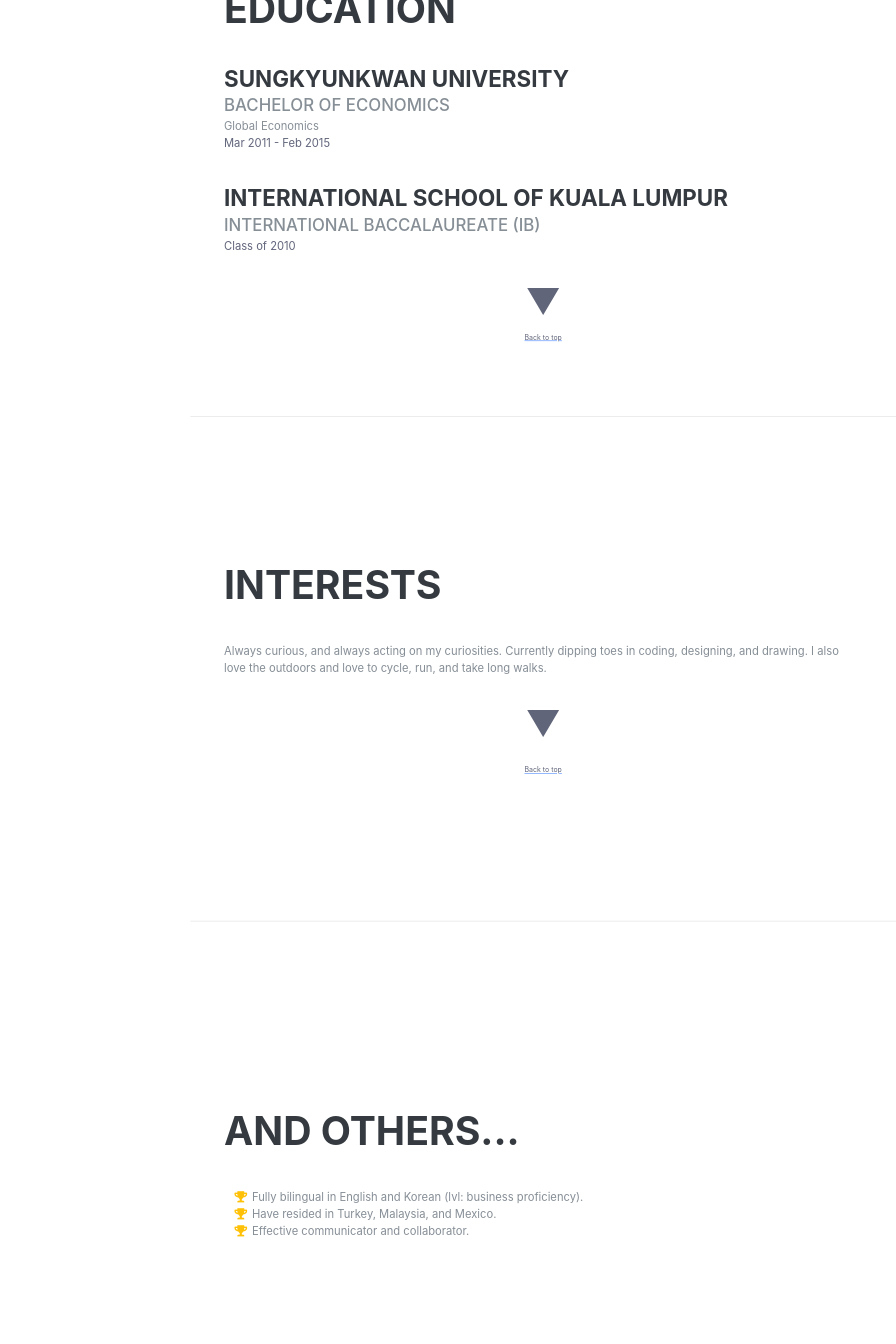
Repository: whitethugcat/whitethugcat.github.io
Page: class/resume-practice/yoojin-resume.html
The author's editor kept a record of every edit. The page is drawn from the files as they stood at one moment, then again after the next edit.
The browser window is 1280 px wide. The pictures show the part of the page from y = 2825 to 4745 px (the page is 4932 px tall), at 70% of full size.
Some web fonts or font styles are not loaded; a fallback is used.

Above is the page before.

### class/resume-practice/yoojin-resume.html
<!DOCTYPE html>
<html lang="en">

<head>

  <meta charset="utf-8">
  <meta name="viewport" content="width=device-width, initial-scale=1, shrink-to-fit=no">
  <meta name="description" content="">
  <meta name="author" content="">

  <title>Yoojin J&#129346;</title>

  <!-- Bootstrap core CSS -->
  <link href="vendor/bootstrap/css/bootstrap.css" rel="stylesheet">

  <!-- Custom fonts for this template -->
  <link href="https://fonts.googleapis.com/css?family=Saira+Extra+Condensed:500,700" rel="stylesheet">
  <link href="https://fonts.googleapis.com/css?family=Muli:400,400i,800,800i" rel="stylesheet">
  <link href="vendor/fontawesome-free/css/all.css" rel="stylesheet">

  <!-- Custom styles for this template -->
  <link href="css/resume.css" rel="stylesheet">

</head>

<body id="page-top">

  <nav class="navbar navbar-expand-lg navbar-dark bg-primary fixed-top" id="sideNav">
    <a class="navbar-brand js-scroll-trigger" href="#page-top">
      <span class="d-block d-lg-none">Yoojin Jeong &#129346;</span>
      <span class="d-none d-lg-block">
        <img class="img-fluid img-profile rounded-circle mx-auto mb-2" src="img/yj-profile.png" alt="">
      </span>
    </a>
    <button class="navbar-toggler" type="button" data-toggle="collapse" data-target="#navbarSupportedContent" aria-controls="navbarSupportedContent" aria-expanded="false" aria-label="Toggle navigation">
      <span class="navbar-toggler-icon"></span>
    </button>
    <div class="collapse navbar-collapse" id="navbarSupportedContent">
      <ul class="navbar-nav">
        <li class="nav-item">
          <a class="nav-link js-scroll-trigger" href="#about">About</a>
        </li>
        <li class="nav-item">
          <a class="nav-link js-scroll-trigger" href="#experience">Experience</a>
        </li>
        <li class="nav-item">
          <a class="nav-link js-scroll-trigger" href="#education">Education</a>
        </li>
        <li class="nav-item">
          <a class="nav-link js-scroll-trigger" href="#skills">Skills</a>
        </li>
        <li class="nav-item">
          <a class="nav-link js-scroll-trigger" href="#interests">Interests</a>
        </li>
        <li class="nav-item">
          <a class="nav-link js-scroll-trigger" href="#awards">Awards</a>
        </li>
      </ul>
    </div>
  </nav>

  <div class="container-fluid p-0">

    <section class="resume-section p-3 p-lg-5 d-flex align-items-center" id="about">
      <div class="w-100">
        <h1 class="mb-0">Yoojin
          <span class="text-primary">Jeong&#129346;</span>
        </h1>
        <div class="subheading mb-5">Seoul, South Korea · (+82) 010-8472-7769 ·
          <a href="mailto:name@email.com">yjjeong92@gmail.com</a>
        </div>
        <p class="lead mb-5">I am experienced in cooperating with teams of various sizes and forms both domestically and internationally. Professional experiences include but are not limited to: digital advertising, B2B/B2C communication, and marketing.</p>
        <div class="social-icons">
          <a href="https://www.linkedin.com/in/yoojin-jeong-47a917101/" target = "_blank">
            <i class="fab fa-linkedin-in"></i>
          </a>
          <a href="whitethugcat.github.io/class/resume-practice/yoojin-resume.html" target = "_blank">
            <i class="fab fa-github"></i>
          </a>
          <a href="https://www.twitter.com/whitethugcat" target = "_blank">
            <i class="fab fa-twitter"></i>
          </a>
          <a href="https://www.instagram.com/_yjj_7892/" target = "_blank">
            <i class="fab fa-instagram"></i>
          </a>
        </div>
        <div class=downward-arrow>
          <a href="#experience">
          &#9660;</a>
        </div>
      </div>
    </section>

    <hr class="m-0">

    <section class="resume-section p-3 p-lg-5 d-flex justify-content-center" id="experience">
      <div class="w-100">
        <h2 class="mb-5">Experience</h2>


        <div class="resume-item d-flex flex-column flex-md-row justify-content-between mb-5">
          <div class="resume-content">
            <h3 class="mb-0">Client Account Manager </h3>
            <div class="subheading mb-3">Twitter Korea</div>
            <span class="text-primary">Sep 2019 - Present</span>
            <p><ul><li>Managing Twitter ad accounts for CPG F&B and Retail advertisers in Korea. Analyzing ad efficiency, seeking opportunities for win-win growth, communicating and collaborating with cross-functional teams.</li></ul></p>
          </div>
          </div>

        <div class="resume-item d-flex flex-column flex-md-row justify-content-between mb-5">
          <div class="resume-content" id>
            <h3 class="mb-0">Selling Parter Support Associate</h3>
            <div class="subheading mb-3">Amazon Korea</div>
            <span class="text-primary">Aug 2017 - Aug 2019</span>
            <p>
            <ul>
            <li>Provided technical support for Korean sellers selling on Amazon NA and EU platform.</li>
            <li>Cooperated with various teams in order to resolve platform, promotion, payment, data processing, and account related issues.</li>
            <li>Ranked in the Top 5 in performance metrics (productivity, efficiency, work quality) for both 2017 and 2018 YTD.</li>
            <li>Picked as team mentor to ensure the quality of the team work output for 2 consecutive years.</li>
            <li>Completed the training program provided to prospective supervisors (only offered to 7 members of the team).</li>
            <li>Completed the selectively offered mentorship program and was picked to coach new hires on their training.</li>
          </ul>
          </p>
          </div>
          </div>

        <div class="resume-item d-flex flex-column flex-md-row justify-content-between mb-5">
          <div class="resume-content">
            <h3 class="mb-0">SDigital Marketing Intern</h3>
            <div class="subheading mb-3">Line Plus Corp.</div>
            <span class="text-primary">Aug 2016 - Feb 2017</span>
            <p>
            <ul>
            <li>In charge of digital marketing for B612 camera application.</li>
            <li>Took part in reaching the 300 million downloads milestone during the internship period.</li>
            <li>Monitored the relevant KPIs and Facebook advertisement data.</li>
            <li>Managed viral content production for Facebook marketing with external video producing companies.</li>
            <li>Managed legal and payment procedures, including writing contracts and communicating with relevant departments.</li>
          </ul>
          </p>
          </div>
          </div>

        <div class="resume-item d-flex flex-column flex-md-row justify-content-between mb-5">
          <div class="resume-content">
            <h3 class="mb-0">Marketing Communications</h3>
            <div class="subheading mb-3">OWiN Corp.</div>
            <span class="text-primary">Nov 2015 - Jul 2016</span>
            <p>
            <ul>
            <li>In charge of marketing for the connected-car IoT hardware and application.</li>
            <li>Took part in initiating partnership with domestic and overseas companies (e.g. Isracore Ltd., First Data Korea).</li>
            <li>Created and designed the initial official website www.owin.kr.</li>
            <li>Managed the official SNS, webpage, PR materials and other online content management.</li>
            <li>Managed B2B and B2C communication and marketing as well as OEM production with Chinese factories.</li>
          </ul>
          </p>
          </div>
          </div>


        <div class="resume-item d-flex flex-column flex-md-row justify-content-between mb-5">
          <div class="resume-content">
            <h3 class="mb-0">Treasury & Markets Intern</h3>
            <div class="subheading mb-3">DBS Bank</div>
            <span class="text-primary">Aug 2015 - Nov 2015</span>
            <p>
            <ul>
            <li>In charge of organizing the AMCHAM Inaugural Ball 2014.</li>
            <li>Managed sponsorship acquirement with hotels and airlines such as Korean Airlines and Hyatt Hotel.</li>
            <li>Managed event planning, including managing the menu, brochure, table settings, and musical numbers.</li>
            <li>Managed the promotion of sponsoring companies, including banner and online (flyer) promotion.</li>
          </ul>
          </p>
          </div>
          </div>

        <div class="resume-item d-flex flex-column flex-md-row justify-content-between mb-5">
          <div class="resume-content">
            <h3 class="mb-0">Marketing Event Planning Intern</h3>
            <div class="subheading mb-3">American Chamber of Commerce in Korea (AMCHAM Korea)</div>
            <span class="text-primary">Dec 2013 - Mar 2014</span>
            <p>
            <ul>
            <li>Assisted with daily FOREX trading and sales activities.</li>
            </ul>
            </p>

        </div>
        </div>
          <div class=downward-arrow>
          <a href="#education">
          &#9660;</a>
        </div>
          <div class=back-to-top>
          <a href="#page-top">
          Back to top</a></div>

    </section>

    <hr class="m-0">

    <section class="resume-section p-3 p-lg-5 d-flex align-items-center" id="education">
      <div class="w-100">
        <h2 class="mb-5">Education</h2>

        <div class="resume-item d-flex flex-column flex-md-row justify-content-between mb-5">
          <div class="resume-content">
            <h3 class="mb-0">SungkyunKwan University</h3>
            <div class="subheading mb-3">Bachelor of Economics</div>
            <div>Global Economics</div>
            <span class="text-primary">Mar 2011 - Feb 2015</span>
          </div>
        </div>

        <div class="resume-item d-flex flex-column flex-md-row justify-content-between">
          <div class="resume-content">
            <h3 class="mb-0">International School of Kuala Lumpur</h3>
            <div class="subheading mb-3">International Baccalaureate (IB)</div>
            <span class="text-primary">Class of 2010</span>
          </div>
        </div>
          <div class=downward-arrow>
          <a href="#interests">
          &#9660;</a>
        </div>
          <div class=back-to-top>
          <a href="#page-top">
          Back to top</a>
        </div>
      </div>
    </section>

    <!--<hr class="m-0">-->

    <!--<section class="resume-section p-3 p-lg-5 d-flex align-items-center" id="skills">-->
    <!--  <div class="w-100">-->
    <!--    <h2 class="mb-5">Skills</h2>-->

    <!--    <div class="subheading mb-3">Skills &amp; Tools</div>-->
    <!--    <ul class="list-inline dev-icons">-->
    <!--      <li class="list-inline-item">-->
    <!--        <i class="fab fa-apple"></i>-->
    <!--      </li>-->
    <!--      <li class="list-inline-item">-->
    <!--        <i class="fab fa-adobe"></i>-->
    <!--      </li>-->
    <!--      <li class="list-inline-item">-->
    <!--        <i class="fab fa-presentation"></i>-->
    <!--      </li>-->
    <!--      <li class="list-inline-item">-->
    <!--        <i class="fab fa-sass"></i>-->
    <!--      </li>-->
    <!--      <li class="list-inline-item">-->
    <!--        <i class="fab fa-less"></i>-->
    <!--      </li>-->
    <!--      <li class="list-inline-item">-->
    <!--        <i class="fab fa-wordpress"></i>-->
    <!--      </li>-->
    <!--      <li class="list-inline-item">-->
    <!--        <i class="fab fa-gulp"></i>-->
    <!--      </li>-->
    <!--      <li class="list-inline-item">-->
    <!--        <i class="fab fa-grunt"></i>-->
    <!--      </li>-->
    <!--      <li class="list-inline-item">-->
    <!--        <i class="fab fa-npm"></i>-->
    <!--      </li>-->
    <!--    </ul>-->

    <!--    <div class="subheading mb-3">Workflow</div>-->
    <!--    <ul class="fa-ul mb-0">-->
    <!--      <li>-->
    <!--        <i class="fa-li fa fa-check"></i>-->
    <!--        Mobile-First, Responsive Design</li>-->
    <!--      <li>-->
    <!--        <i class="fa-li fa fa-check"></i>-->
    <!--        Cross Browser Testing &amp; Debugging</li>-->
    <!--      <li>-->
    <!--        <i class="fa-li fa fa-check"></i>-->
    <!--        Cross Functional Teams</li>-->
    <!--      <li>-->
    <!--        <i class="fa-li fa fa-check"></i>-->
    <!--        Agile Development &amp; Scrum</li>-->
    <!--    </ul>-->
    <!--      <div class=downward-arrow>-->
    <!--      <a href="#interests">-->
    <!--      &#9660;</a>-->
    <!--    </div>-->
    <!--      <div class=back-to-top>-->
    <!--      <a href="#page-top">-->
    <!--      Back to top</a>-->
    <!--    </div>-->
    <!--  </div>-->
    <!--</section>-->

    <hr class="m-0">

    <section class="resume-section p-3 p-lg-5 d-flex align-items-center" id="interests">
      <div class="w-100">
        <h2 class="mb-5">Interests</h2>
        <p>Always curious, and always acting on my curiosities. Currently dipping toes in coding, designing, and drawing. I also love the outdoors and love to cycle, run, and take long walks.
          <div class=downward-arrow>
          <a href="#awards">
          &#9660;</a>
        </div>
          <div class=back-to-top>
          <a href="#page-top">
          <br>Back to top</a>
        </div>
      </div>
    </section>

    <hr class="m-0">

    <section class="resume-section p-3 p-lg-5 d-flex align-items-center" id="awards">
      <div class="w-100">
        <h2 class="mb-5">And others...</h2>
        <ul class="fa-ul mb-0">
          <li>
            <i class="fa-li fa fa-trophy text-warning"></i>
            Fully bilingual in English and Korean (lvl: business proficiency).</li>
          <li>
            <i class="fa-li fa fa-trophy text-warning"></i>
            Have resided in Turkey, Malaysia, and Mexico.</li>
            <li>
            <i class="fa-li fa fa-trophy text-warning"></i>
            Effective communicator and collaborator.</li>
          </ul>
          </div>
          </div>
          <div class=back-to-top>
          <a href="#page-top">
          Back to top</a>
          <br><br>
          </div>
      </div>
    </section>

  </div>

  <!-- Bootstrap core JavaScript -->
  <script src="vendor/jquery/jquery.js"></script>
  <script src="vendor/bootstrap/js/bootstrap.bundle.js"></script>

  <!-- Plugin JavaScript -->
  <script src="vendor/jquery-easing/jquery.easing.s"></script>

  <!-- Custom scripts for this template -->
  <script src="js/resume.js"></script>

</body>

</html>

### class/resume-practice/css/resume.css
/*!
 * Start Bootstrap - Resume v5.0.8 (https://startbootstrap.com/template-overviews/resume)
 * Copyright 2013-2019 Start Bootstrap
 * Licensed under MIT (https://github.com/BlackrockDigital/startbootstrap-resume/blob/master/LICENSE)
 */

body {
  font-family: 'Muli', -apple-system, BlinkMacSystemFont, 'Segoe UI', Roboto, 'Helvetica Neue', Arial, sans-serif, 'Apple Color Emoji', 'Segoe UI Emoji', 'Segoe UI Symbol', 'Noto Color Emoji';
  padding-top: 52px;
  color: #868e96;
}

@media (min-width: 992px) {
  body {
    padding-top: 0;
    padding-left: 17rem;
  }
}

h1,
h2,
h3,
h4,
h5,
h6 {
  font-family: 'Saira Extra Condensed', -apple-system, BlinkMacSystemFont, 'Segoe UI', Roboto, 'Helvetica Neue', Arial, sans-serif, 'Apple Color Emoji', 'Segoe UI Emoji', 'Segoe UI Symbol', 'Noto Color Emoji';
  font-weight: 700;
  text-transform: uppercase;
  color: #343a40;
}

h1 {
  font-size: 6rem;
  line-height: 5.5rem;
}

h2 {
  font-size: 3.5rem;
}

h3 {
  font-size: 2rem;
}

p.lead {
  font-size: 1.15rem;
  font-weight: 400;
}

.subheading {
  text-transform: uppercase;
  font-weight: 500;
  font-family: 'Saira Extra Condensed', -apple-system, BlinkMacSystemFont, 'Segoe UI', Roboto, 'Helvetica Neue', Arial, sans-serif, 'Apple Color Emoji', 'Segoe UI Emoji', 'Segoe UI Symbol', 'Noto Color Emoji';
  font-size: 1.5rem;
}

.social-icons a {
  display: inline-block;
  height: 3.5rem;
  width: 3.5rem;
  background-color: #495057;
  color: #fff !important;
  border-radius: 100%;
  text-align: center;
  font-size: 1.5rem;
  line-height: 3.5rem;
  margin-right: 1rem;
}

.social-icons a:last-child {
  margin-right: 0;
}

.social-icons a:hover {
  background-color: #BD5D38;
}

.dev-icons {
  font-size: 3rem;
}

.dev-icons .list-inline-item i:hover {
  color: #BD5D38;
}

#sideNav .navbar-nav .nav-item .nav-link {
  font-weight: 800;
  letter-spacing: 0.05rem;
  text-transform: uppercase;
}

#sideNav .navbar-toggler:focus {
  outline-color: #d48a6e;
}

@media (min-width: 992px) {
  #sideNav {
    text-align: center;
    position: fixed;
    top: 0;
    left: 0;
    display: flex;
    flex-direction: column;
    width: 17rem;
    height: 100vh;
  }
  #sideNav .navbar-brand {
    display: flex;
    margin: auto auto 0;
    padding: 0.5rem;
  }
  #sideNav .navbar-brand .img-profile {
    max-width: 10rem;
    max-height: 10rem;
    border: 0.5rem solid rgba(255, 255, 255, 0.2);
  }
  #sideNav .navbar-collapse {
    display: flex;
    align-items: flex-start;
    flex-grow: 0;
    width: 100%;
    margin-bottom: auto;
  }
  #sideNav .navbar-collapse .navbar-nav {
    flex-direction: column;
    width: 100%;
  }
  #sideNav .navbar-collapse .navbar-nav .nav-item {
    display: block;
  }
  #sideNav .navbar-collapse .navbar-nav .nav-item .nav-link {
    display: block;
  }
}

section.resume-section {
  padding-top: 5rem !important;
  padding-bottom: 5rem !important;
  max-width: 75rem;
}

section.resume-section .resume-item .resume-date {
  min-width: none;
}

@media (min-width: 768px) {
  section.resume-section {
    min-height: 100vh;
  }
  section.resume-section .resume-item .resume-date {
    min-width: 18rem;
  }
}

@media (min-width: 992px) {
  section.resume-section {
    padding-top: 3rem !important;
    padding-bottom: 3rem !important;
  }
}

.bg-primary {
  background-color: #61657a !important;
}

.text-primary {
  color: #61657a !important;
}

a {
  color: #61657a;
}

a:hover, a:focus, a:active {
  color: #824027;
}

.downward-arrow{
  vertical-align: bottom;
  text-align: center;
  font-size: 50px;
  text-shadow: 3px 2px grey .5;
  margin-bottom: -30px;
  margin-top: 30px;
}

.back-to-top{
  margin-top: 4%;
  color: #699aff;
  vertical-align: bottom;
  text-align: center;
  font-size: 10px;
  text-decoration: underline;
}

### class/resume-practice/js/resume.js
(function($) {
  "use strict"; // Start of use strict

  // Smooth scrolling using jQuery easing
  $('a.js-scroll-trigger[href*="#"]:not([href="#"])').click(function() {
    if (location.pathname.replace(/^\//, '') == this.pathname.replace(/^\//, '') && location.hostname == this.hostname) {
      var target = $(this.hash);
      target = target.length ? target : $('[name=' + this.hash.slice(1) + ']');
      if (target.length) {
        $('html, body').animate({
          scrollTop: (target.offset().top)
        }, 1000, "easeInOutExpo");
        return false;
      }
    }
  });

  // Closes responsive menu when a scroll trigger link is clicked
  $('.js-scroll-trigger').click(function() {
    $('.navbar-collapse').collapse('hide');
  });

  // Activate scrollspy to add active class to navbar items on scroll
  $('body').scrollspy({
    target: '#sideNav'
  });

})(jQuery); // End of use strict

Loaded but not shown: class/resume-practice/vendor/bootstrap/css/bootstrap.css (library); class/resume-practice/vendor/fontawesome-free/css/all.css (library); class/resume-practice/vendor/jquery/jquery.js (library); class/resume-practice/vendor/bootstrap/js/bootstrap.bundle.js (library)

After the next edit:
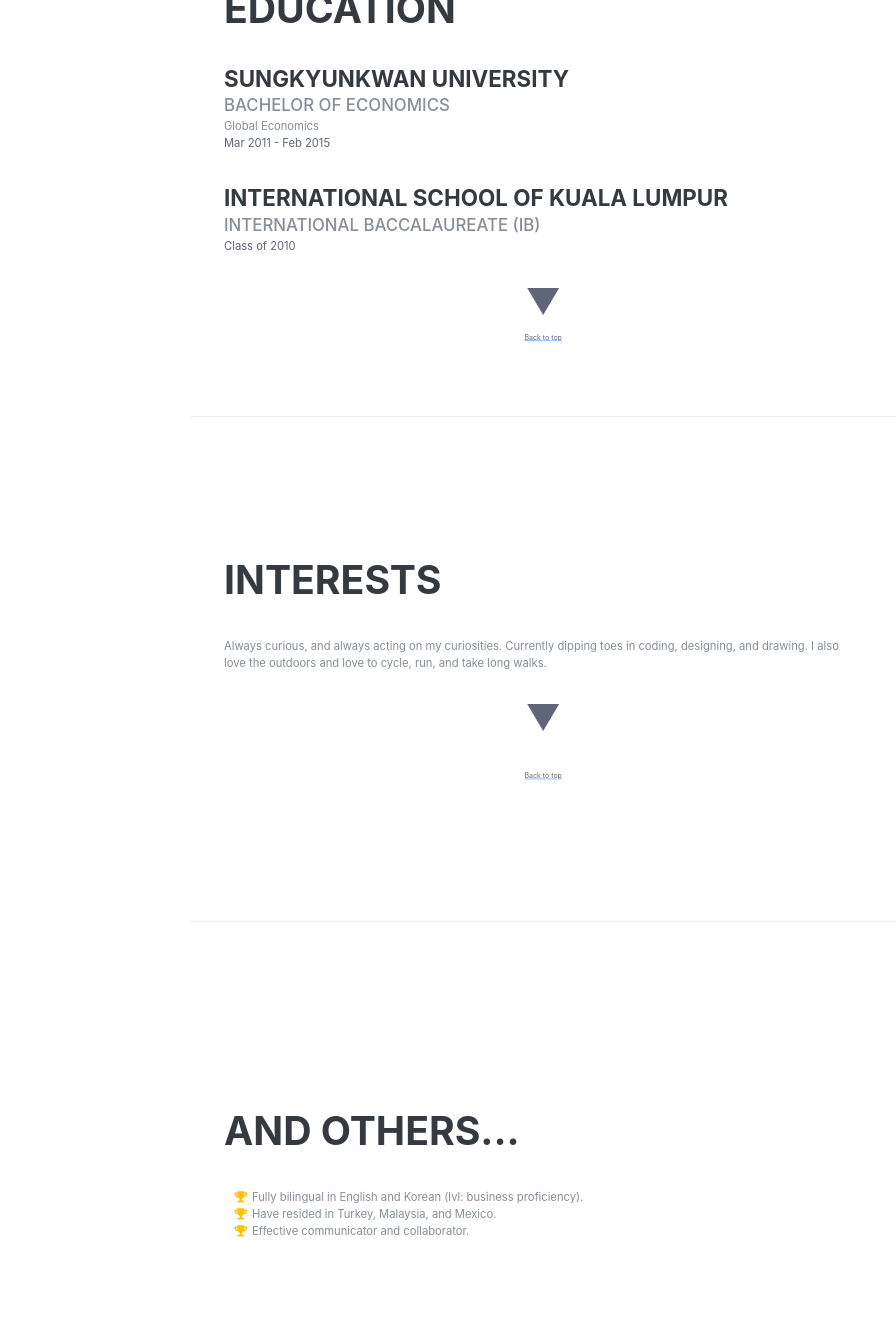
The edit:
--- a/class/resume-practice/yoojin-resume.html
+++ b/class/resume-practice/yoojin-resume.html
@@ -307,7 +307,7 @@
         </div>
           <div class=back-to-top>
           <a href="#page-top">
-          <br>Back to top</a>
+          <br><br>Back to top</a>
         </div>
       </div>
     </section>
